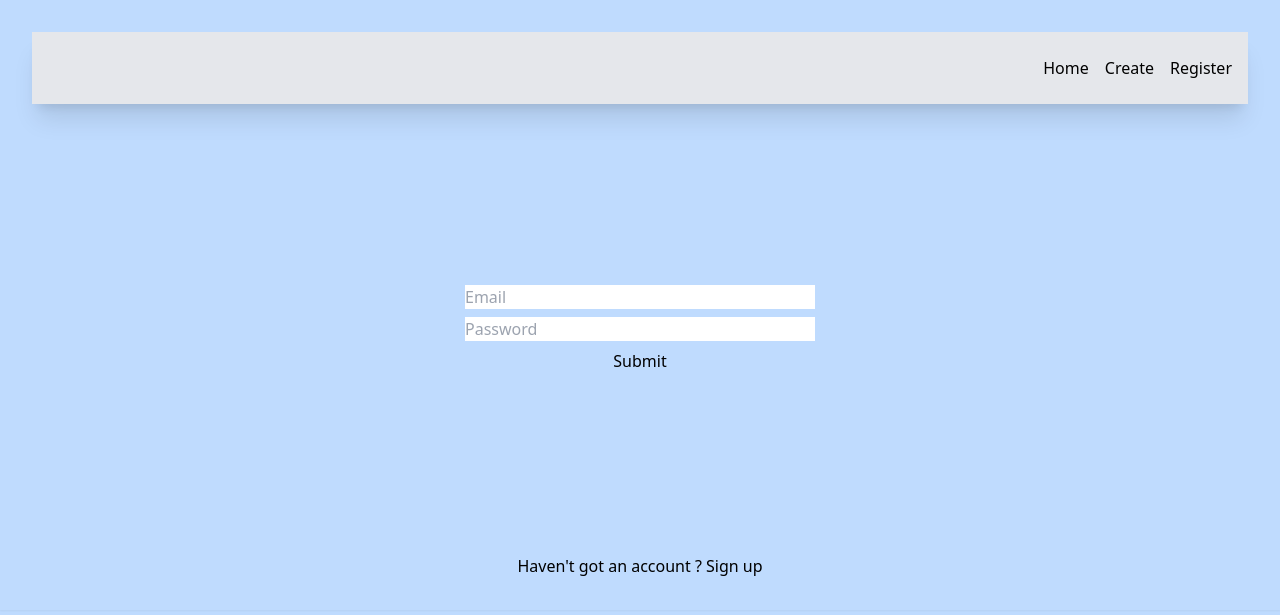
Repository: Semanmernstack/Bincome-second
Page: /log
An editor plug-in stored every save of this project. The page is shown before and after the next save, followed by the edit.
The browser window is 1280 px wide. The pictures show the whole page.
The page's requests for data from a server got no answer. The project was rebuilt for these pictures with package versions that can differ from the ones it lists, and the page was loaded fresh each time. The framework's server and built-in components were replaced by stand-ins that run in the browser. No one was signed in, and anything a server would have sent is missing. Also part of the build but not shown: next.config.mjs.

Above is the page before, as saved 2024-02-03 02:31:36.

### app/layout.tsx
import type { Metadata } from "next";
import { Inter } from "next/font/google";
import "./globals.css";
import Nav from "./components/Nav";
import getCurrentUser from "./getActions/getCurrentUser";



export const metadata: Metadata = {
  title: "Create Next App",
  description: "Generated by create next app",
};

export default async function RootLayout({
  children,
}: Readonly<{
  children: React.ReactNode;
}>) {
  const currentUser = await getCurrentUser()
  console.log(currentUser)
  return (
    <html lang="en">
      <body className="bg-blue-200  p-8 shadow-sm">
        <Nav currentUser = {currentUser}/>
        {children}
      </body>
    </html>
  );
}

### app/log/page.tsx
'use client'

import axios from 'axios'
import { FormEvent, useState } from 'react'
import {signIn} from 'next-auth/react'
import { useRouter } from 'next/navigation'

import Link from 'next/link'

interface InitialStateProps {
    name:string,
    email:string,
    password:string
}

const initialState:InitialStateProps = {
    name:'',
    email:'',
    password:''
}

export default function page() {
    const router = useRouter()
    const [state, setState] = useState(initialState)

    const onSubmit = (event:FormEvent) => {

        event.preventDefault()

     signIn('credentials', {
        ...state,
        redirect:false,
     })
     .then((callback) => {

        if(callback?.ok) {
            router.refresh()
        }

        if(callback?.error) {
            throw new Error('Wrong Credentials')
        }
     })
     router.push('/')
    }


    function handleChange(event:any) {
		setState({ ...state, [event.target.name]: event.target.value });
        console.log(event.target.value)
	}



  return (
    <form onSubmit={onSubmit} className='text-center'>
        <div className='flex flex-col justify-center h-[450px] w-[350px] mx-auto gap-2'>
        <input placeholder='Email' id='email' type="email" name='email' onChange={handleChange} value={state.email}/>
        <input placeholder='Password' id='password' type="password" name='password' onChange={handleChange} value={state.password}/>
        <button type='submit'>Submit</button>
        </div>

        <div>
          <div>Haven't got an account ? <Link href='/register'>Sign up</Link></div>
        </div>
    </form>
  )
}

### app/components/Nav.tsx
"use client"
import { User } from '@prisma/client'
import { signOut } from 'next-auth/react'
import Link from 'next/link'
import React from 'react'




function Nav({currentUser}: any) {
  return (
    <div>
      <header>
         <nav className='bg-gray-200 flex justify-between px-4 py-6 shadow-xl'>
            <div>{currentUser?.name}</div>

            <div className='flex gap-4'>
            <Link href='/'>Home</Link>
            <Link href='/create'>Create</Link>
            {currentUser ? <button onClick={() => signOut()}>Sign out</button> : <Link href='/register'>Register</Link>}
            </div>
        </nav>
    </header>
    </div>
  )
}

export default Nav

### app/getActions/getCurrentUser.ts
import { getServerSession } from 'next-auth'
import { authOptions } from '..//api/auth/[...nextauth]/route';
import prisma from '../../prisma/prismadb'

export default async function getCurrentUser() {
    try {
        const session = await getServerSession(authOptions);
        if(!session?.user?.email){
            return null;
        }

        const currentUser = await prisma.user.findUnique({
            where: {
                email:  session.user?.email as string,
            }
        })

        if (!currentUser) {
            return null
        }

        return {
            ...currentUser,
            createdAt: currentUser.createdAt.toISOString(),

        }


    } catch (error: any) {
        return null

    }
}

### app/api/auth/[...nextauth]/route.ts
import bcrypt from "bcrypt"
import NextAuth, { AuthOptions } from "next-auth"
import CredentialsProvider from "next-auth/providers/credentials"
import { PrismaAdapter } from "@next-auth/prisma-adapter"
import GoogleProvider from "next-auth/providers/google"
import prisma from '../../../../prisma/prismadb'

export const authOptions: AuthOptions = {
  adapter: PrismaAdapter(prisma),
  providers: [
    GoogleProvider({
      clientId: process.env.GOOGLE_ID as string,
      clientSecret: process.env.GOOGLE_SECRET as string
    }),
    CredentialsProvider({
      name: 'credentials',
      credentials: {
        email: { label: 'email', type: 'text' },
        password: { label: 'password', type: 'password'}

      },
      async authorize(credentials) {
        if (!credentials?.email || !credentials?.password) {
          throw new Error('Invalid credentials');
        }


        const user = await prisma.user.findUnique({
          where: {
            email: credentials.email
          }
        });

        if (!user || !user?.hashedPassword) {
          throw new Error('Invalid credentials');
        }
        const isCorrectPassword = await bcrypt.compare(
          credentials.password,
          user.hashedPassword
        );

        if (!isCorrectPassword) {
          throw new Error('Invalid credentials');
        }
        return user;
      }
    })
  ],
  pages: {
    signIn: '/',
  },
  callbacks: {
    session: ({ session, token }) => {
      console.log('Session Callback', { session, token })
      return {
        ...session,
        user: {
          ...session.user,
          id: token.id,
          randomKey: token.randomKey
        }
      }
    },
    jwt: ({ token, user }) => {
      console.log('JWT Callback', { token, user })
      if (user) {
        const u = user as unknown as any
        return {
          ...token,
          id: u.id,
          randomKey: u.randomKey
        }
      }
      return token
    }
  },
  debug: process.env.NODE_ENV === 'development',
  session: {
    strategy: "jwt",
  },
  secret: process.env.NEXTAUTH_SECRET,
}

const handler = NextAuth(authOptions)
export {handler as GET, handler as POST}

### prisma/prismadb.tsx
import { PrismaClient } from "@prisma/client"

declare global {
  var prisma: PrismaClient | undefined
}

const prisma = globalThis.prisma || new PrismaClient()
if (process.env.NODE_ENV !== "production") globalThis.prisma = prisma

export default prisma

Loaded but not shown: app/globals.css (common file); tailwind.config.ts (common file)

After the next save:
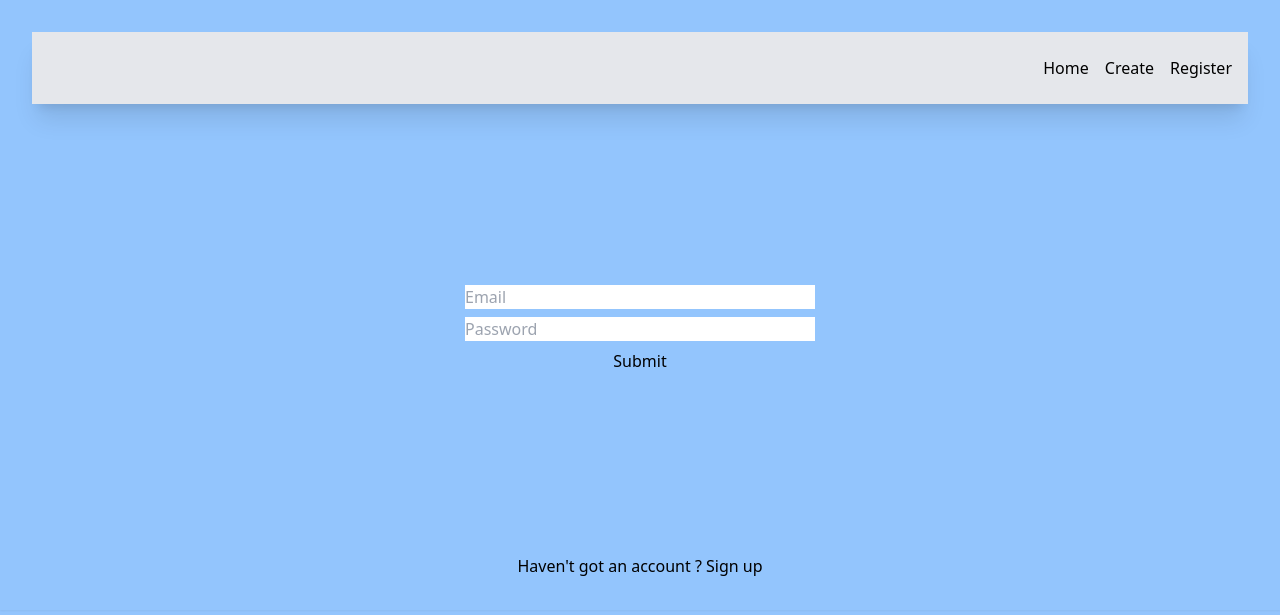
Saved 8 s later.
--- a/app/layout.tsx
+++ b/app/layout.tsx
@@ -20,7 +20,7 @@ export default async function RootLayout({
   console.log(currentUser)
   return (
     <html lang="en">
-      <body className="bg-blue-200  p-8 shadow-sm">
+      <body className="bg-blue-300  p-8 shadow-sm">
         <Nav currentUser = {currentUser}/>
         {children}
       </body>
